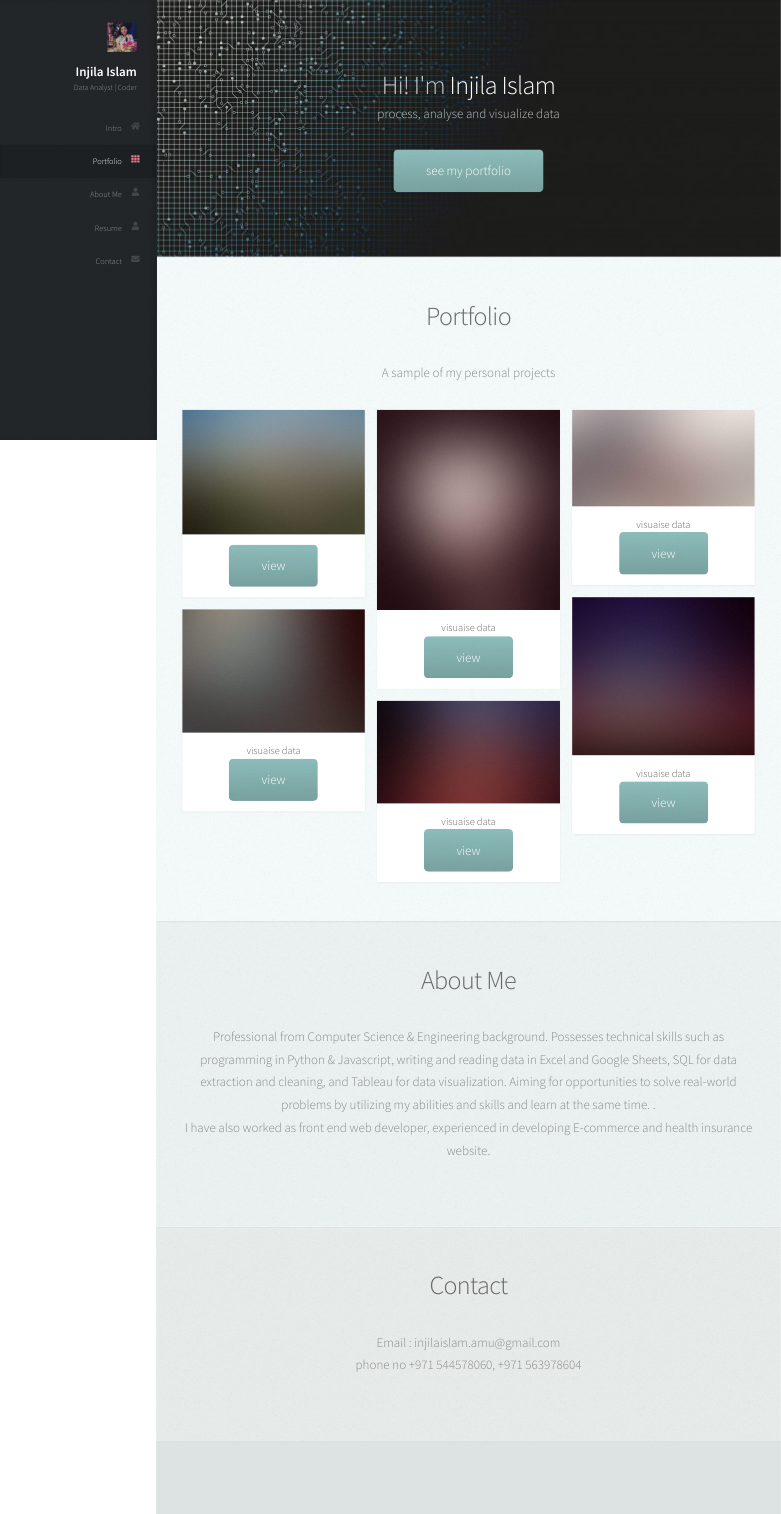
Repository: IslamInjila/new_portfolio
Page: index.html
These files come from the project's save history. The page is drawn as it stood at one moment and after the next save; the edit follows.
The browser window is 1280 px wide. The pictures show the whole page, at 61% of full size.

Above is the page before, as saved 2021-03-06 19:13:01.

### index.html
<!DOCTYPE HTML>
<!--
	Prologue by HTML5 UP
	html5up.net | @ajlkn
	Free for personal and commercial use under the CCA 3.0 license (html5up.net/license)
-->
<html>
	<head>
		<title>Prologue by HTML5 UP</title>
		<meta charset="utf-8" />
		<meta name="viewport" content="width=device-width, initial-scale=1, user-scalable=no" />
		<link rel="stylesheet" href="assets/css/main.css" />
	</head>
	<body class="is-preload">

		<!-- Header -->
			<div id="header">

				<div class="top">

					<!-- Logo -->
						<div id="logo">
							<span class="image avatar48"><img src="images/profileImage.jpg" alt="" /></span>
							<h1 id="title">Injila Islam</h1>
							<p>Data Analyst | Coder</p>
						</div>

					<!-- Nav -->
						<nav id="nav">
							<ul>
								<li><a href="#top" id="top-link"><span class="icon solid fa-home">Intro</span></a></li>
								<li><a href="#portfolio" id="portfolio-link"><span class="icon solid fa-th">Portfolio</span></a></li>
								<li><a href="#about" id="about-link"><span class="icon solid fa-user">About Me</span></a></li>
								<li><a href="#resume" id="about-link"><span class="icon solid fa-user">Resume</span></a></li>
								<li><a href="#contact" id="contact-link"><span class="icon solid fa-envelope">Contact</span></a></li>

							</ul>
						</nav>

				</div>

				<div class="bottom">

					<!-- Social Icons -->
						<!-- <ul class="icons">
							<li><a href="#" class="icon brands fa-twitter"><span class="label">Twitter</span></a></li>
							<li><a href="#" class="icon brands fa-facebook-f"><span class="label">Facebook</span></a></li>
							<li><a href="#" class="icon brands fa-github"><span class="label">Github</span></a></li>
							<li><a href="#" class="icon brands fa-dribbble"><span class="label">Dribbble</span></a></li>
							<li><a href="#" class="icon solid fa-envelope"><span class="label">Email</span></a></li>
						</ul> -->

				</div>

			</div>

		<!-- Main -->
			<div id="main">

				<!-- Intro -->
					<section id="top" class="one dark cover">
						<div class="container">

							<header>
								<h2 class="alt">Hi! I'm <strong>Injila Islam</strong>
								<h5>process, analyse and visualize data
							</header>

							<footer>
								<a href="#portfolio" class="button scrolly">see my portfolio</a>
							</footer>

						</div>
					</section>

				<!-- Portfolio -->
					<section id="portfolio" class="two">
						<div class="container">

							<header>
								<h2>Portfolio</h2>
							</header>

							<p>A sample of my personal projects</p>

							<div class="row">
								<div class="col-4 col-12-mobile">
									<article class="item ">
										<a href="#" class="image fit"><img src="images/pic02.jpg" alt="" /></a>
										<header>
											<h5><input type="button" class="nine" width="100" height="132" onclick='window.open("http://www.foracure.org.au");return false;'
												target="_blank" value="view"
												/></h5>
										</header>
										<!-- <p><a href="https://www.w3schools.com">
											<img src="images/pic02.jpg" alt="W3Schools.com" >
											</a></p>  -->


											<!-- <input type="button" class="nine" width="100" height="132" onclick='window.open("http://www.foracure.org.au");return false;'
											 target="_blank" value="view"
											 /> -->
											<!-- <button type="button" class="btn btn-outline-primary" href="https://www.w3schools.com">view</button> -->
									</article>

									<article class="item">
										<a href="#" class="image fit"><img src="images/pic03.jpg" alt="" /></a>
										<header>
											<h5>visuaise data </h5>
											<input type="button" class="nine" width="100" height="132" onclick='window.open("http://www.foracure.org.au");return false;'
												target="_blank" value="view"
												/>

										</header>
									</article>
								</div>
								<div class="col-4 col-12-mobile">
									<article class="item">
										<a href="#" class="image fit"><img src="images/pic04.jpg" alt="" /></a>
										<header>
											<h5>visuaise data </h5>
											<input type="button" class="nine" width="100" height="132" onclick='window.open("http://www.foracure.org.au");return false;'
												target="_blank" value="view"
												/>
										</header>
									</article>
									<article class="item">
										<a href="#" class="image fit"><img src="images/pic05.jpg" alt="" /></a>
										<header>
											<h5>visuaise data </h5>
											<input type="button" class="nine" width="100" height="132" onclick='window.open("http://www.foracure.org.au");return false;'
												target="_blank" value="view"
												/>
										</header>
									</article>
								</div>
								<div class="col-4 col-12-mobile">
									<article class="item">
										<a href="#" class="image fit"><img src="images/pic06.jpg" alt="" /></a>
										<header>
											<h5>visuaise data </h5>
											<input type="button" class="nine" width="100" height="132" onclick='window.open("http://www.foracure.org.au");return false;'
												target="_blank" value="view"
												/>
										</header>
									</article>
									<article class="item">
										<a href="#" class="image fit"><img src="images/pic07.jpg" alt="" /></a>
										<header>
											<h5>visuaise data </h5>
											<input type="button" class="nine" width="100" height="132" onclick='window.open("http://www.foracure.org.au");return false;'
												target="_blank" value="view"
												/>
										</header>
									</article>
								</div>
							</div>

						</div>
					</section>

				<!-- About Me -->
					<section id="about" class="three">
						<div class="container">

							<header>
								<h2>About Me</h2>
							</header>

							<!-- <a href="#" class="image featured"><img src="images/profilePic.jpg" alt="" /></a> -->

							<p>Professional from Computer Science & Engineering background.

                               Possesses technical skills such as programming in Python & Javascript, writing and reading data in Excel and Google Sheets, SQL for data extraction and cleaning, and Tableau for data visualization.
								Aiming for opportunities to solve real-world problems by utilizing my abilities and skills and learn at the same time. .<br>
								I have also worked as front end web developer, experienced in developing E-commerce and health insurance website.

						</div>
					</section>


				<!-- Contact -->
					<section id="contact" class="four">
						<div class="container">

							<header>
								<h2>Contact</h2>
							</header>
							<P> Email : injilaislam.amu@gmail.com
							<br>phone no  +971 544578060, +971 563978604</p>

							<!-- <p>Elementum sem parturient nulla quam placerat viverra
							mauris non cum elit tempus ullamcorper dolor. Libero rutrum ut lacinia
							donec curae mus. Eleifend id porttitor ac ultricies lobortis sem nunc
							orci ridiculus faucibus a consectetur. Porttitor curae mauris urna mi dolor.</p> -->
<!--
							<form method="post" action="#">
								<div class="row">
									<div class="col-6 col-12-mobile"><input type="text" name="name" placeholder="Name" /></div>
									<div class="col-6 col-12-mobile"><input type="text" name="email" placeholder="Email" /></div>
									<div class="col-12">
										<textarea name="message" placeholder="Message"></textarea>
									</div>
									<div class="col-12">
										<input type="submit" value="Send Message" />
									</div>
								</div>
							</form> -->

						</div>
					</section>

			</div>

		<!-- Footer -->
			<div id="footer">

				<!-- Copyright -->
					<!-- <ul class="copyright">
						<li>&copy; Untitled. All rights reserved.</li><li>Design: <a href="http://html5up.net">HTML5 UP</a></li>
					</ul> -->

			</div>

		<!-- Scripts -->
			<script src="assets/js/jquery.min.js"></script>
			<script src="assets/js/jquery.scrolly.min.js"></script>
			<script src="assets/js/jquery.scrollex.min.js"></script>
			<script src="assets/js/browser.min.js"></script>
			<script src="assets/js/breakpoints.min.js"></script>
			<script src="assets/js/util.js"></script>
			<script src="assets/js/main.js"></script>

	</body>
</html>

Loaded but not shown: assets/css/fontawesome-all.min.css (library); assets/js/jquery.min.js (library); assets/js/jquery.scrolly.min.js (common file); assets/js/jquery.scrollex.min.js (common file); assets/js/browser.min.js (common file); assets/js/breakpoints.min.js (common file); assets/js/util.js (587 lines, source omitted); assets/js/main.js (123 lines, source omitted); assets/css/main.css (2635 lines, source omitted)

After the next save:
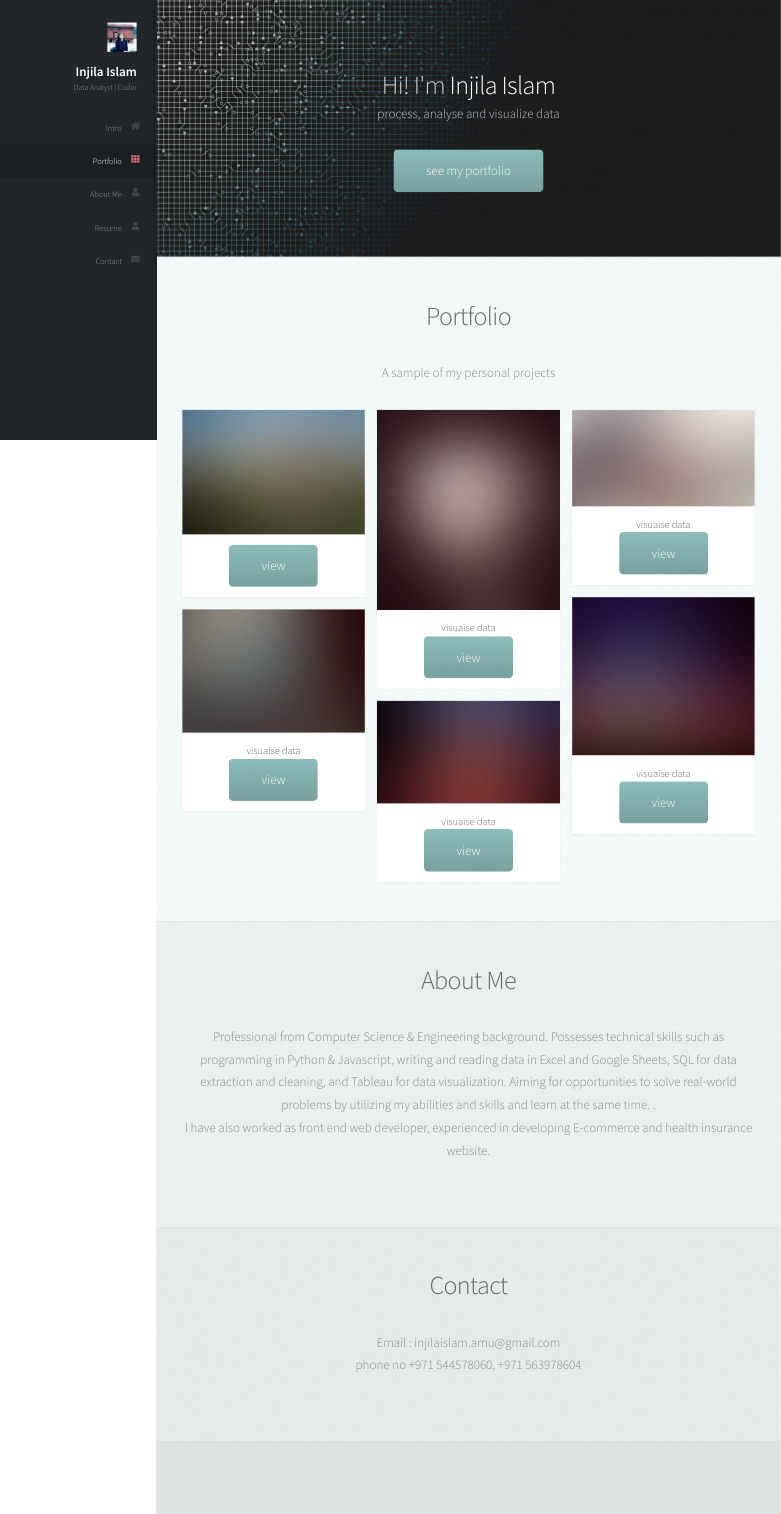
Saved 6 min 53 s later.
--- a/index.html
+++ b/index.html
@@ -20,7 +20,7 @@
 
 					<!-- Logo -->
 						<div id="logo">
-							<span class="image avatar48"><img src="images/profileImage.jpg" alt="" /></span>
+							<span class="image avatar48"><img src="images/injila.jpg" alt="" /></span>
 							<h1 id="title">Injila Islam</h1>
 							<p>Data Analyst | Coder</p>
 						</div>
